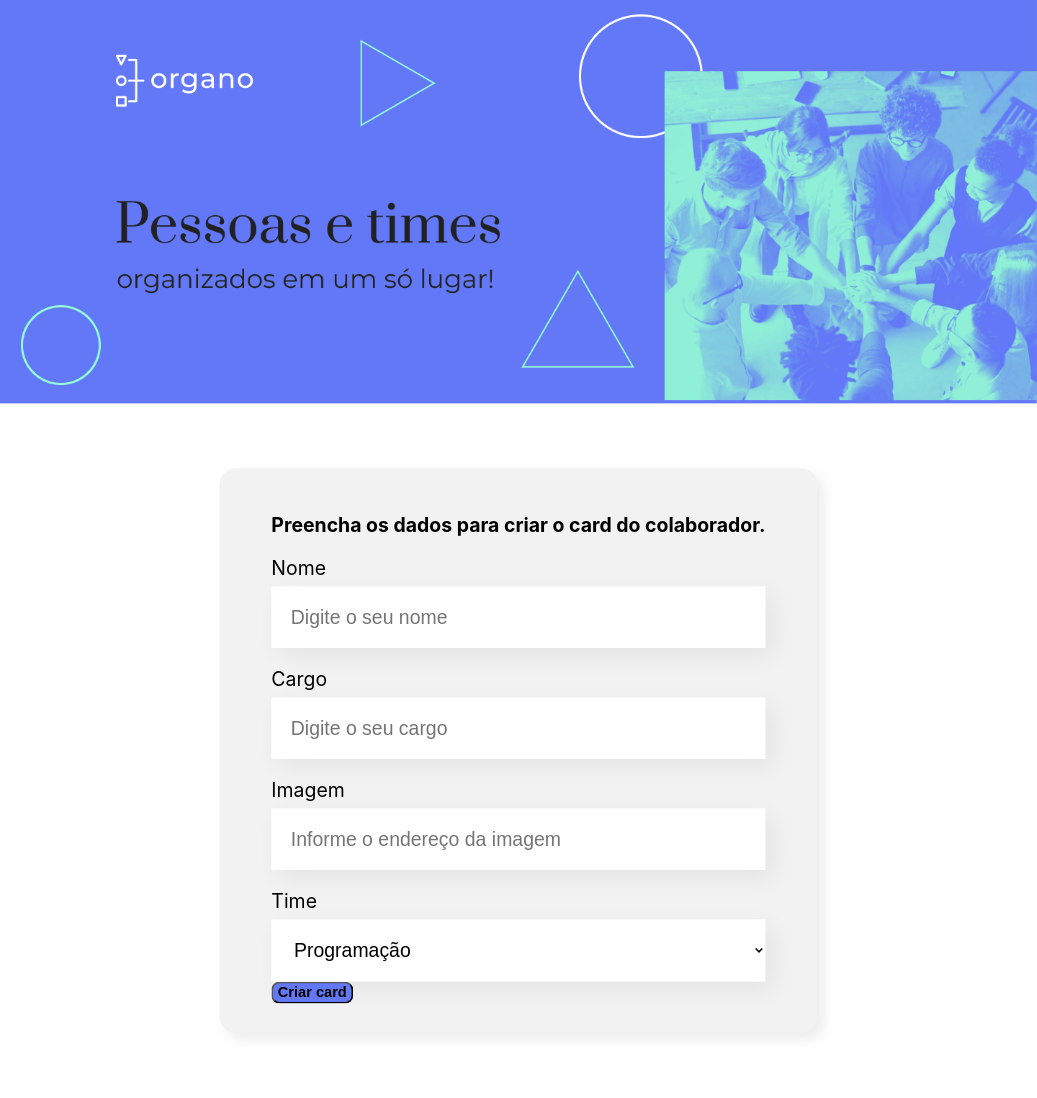
Repository: devMuriloOliveira/organo
Page: /
The author's editor kept a copy of each file at every save. The page is drawn from the files as they stood at one save, then again after the next save.
The browser window is 1280 px wide. The pictures show the whole page, at 81% of full size.
The project was rebuilt for these pictures with package versions that can differ from the ones it lists, and the page was loaded fresh each time.

Above is the page before, as saved 2023-01-11 17:19:43.

After the next save:
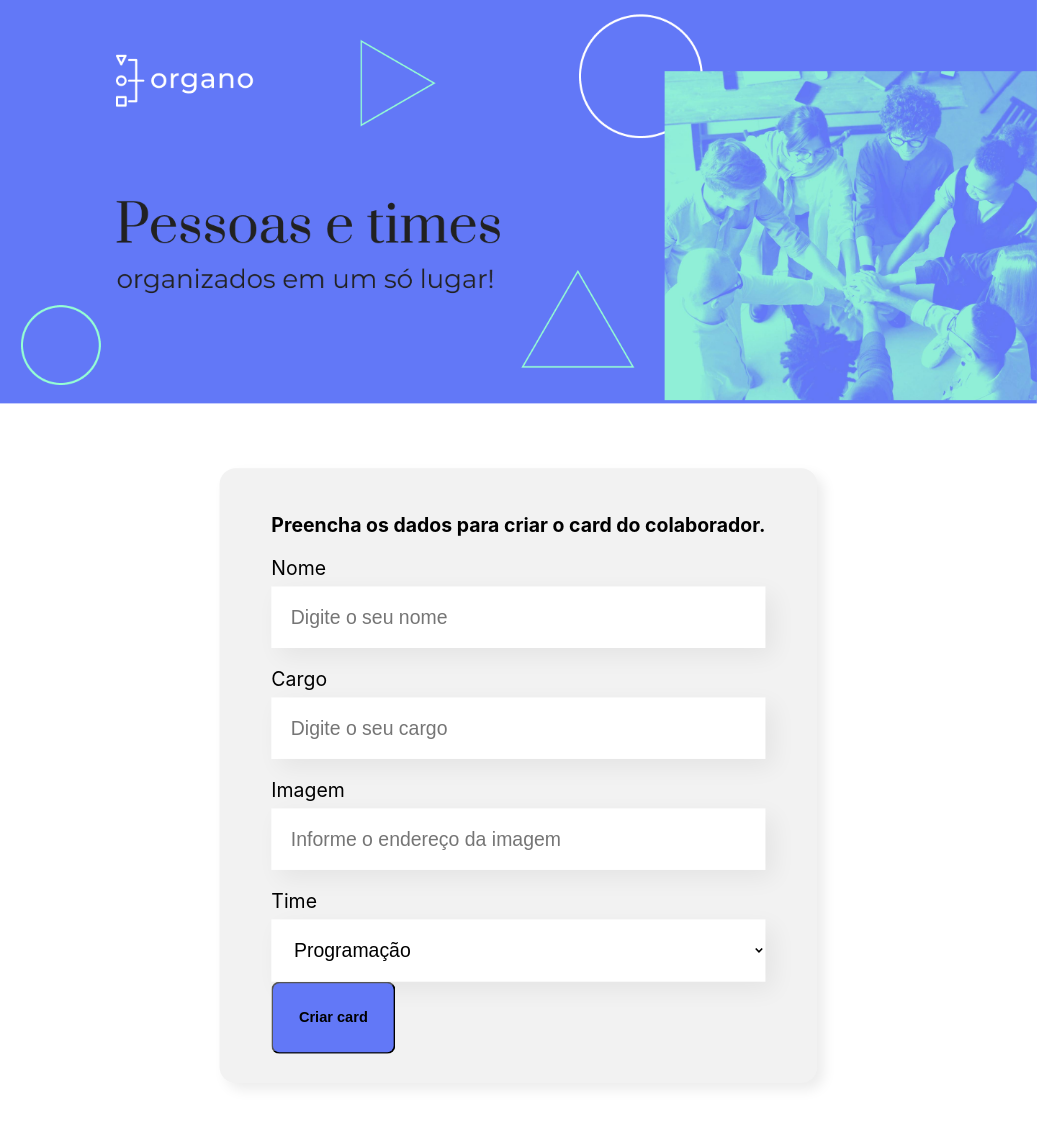
Saved 11 s later.
--- a/src/componentes/Botao/Botao.css
+++ b/src/componentes/Botao/Botao.css
@@ -3,4 +3,6 @@
   border-radius: 10px;
   font-weight: 700;
   font-size: 18px;
+  padding: 32px;
+
 }
